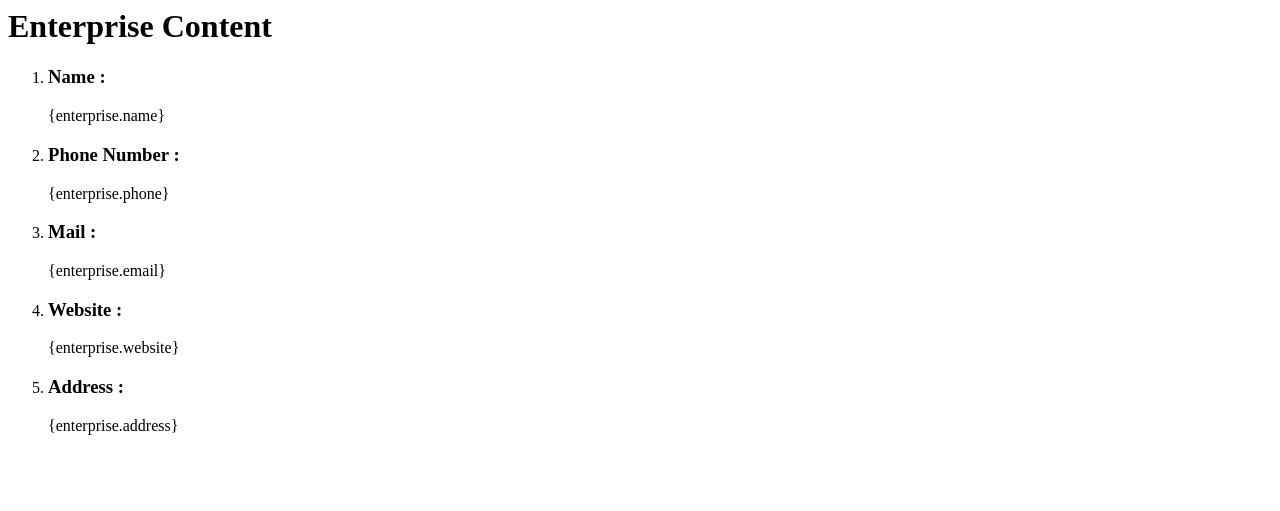
Repository: afif-dhaw/extension-builder
Page: extensions/formation/Resources/Private/Templates/Content/Enterprise.html
These files come from the project's save history. The page is drawn as it stood at one moment and after the next save; the edit follows.
The browser window is 1280 px wide. The pictures show the whole page.

Above is the page before, as saved 2023-03-27 14:31:43.

### extensions/formation/Resources/Private/Templates/Content/Enterprise.html
<html data-namespace-typo3-fluid="true" xmlns:f="http://typo3.org/ns/TYPO3Fluid/Fluid/ViewHelpers"
  xmlns:v="http://typo3.org/ns/FluidTYPO3/Vhs/ViewHelpers" xmlns:flux="http://typo3.org/ns/FluidTYPO3/Flux/ViewHelpers"
  xmlns:p="Filter\Filter\ViewHelpers">

<f:layout name="Default" />

<f:section name="Configuration">
  <flux:form id="enterprise" label="Enterprise Content" description="Enterprise Content">

  </flux:form>
</f:section>

<f:section name="Preview">
  <h1>Enterprise Content</h1>
</f:section>

<f:section name="Main">

  <f:variable name="enterprise" value="{p:enterprise(enterpriseId: enterpriseId)}"></f:variable>
  <div class="container-vhs">
    <f:if condition="{enterprise}">
      <ol>
        <li class="list-item-vhs">
          <h3>Name : </h3>{enterprise.name}
        </li>
        <li class="list-item-vhs">
          <h3>Phone Number : </h3>{enterprise.phone}
        </li>
        <li class="list-item-vhs">
          <h3>Mail : </h3>{enterprise.email}
        </li>
        <li class="list-item-vhs">
          <h3>Website : </h3>{enterprise.website}
        </li>
        <li class="list-item-vhs">
          <h3>Address : </h3>{enterprise.address}
        </li>
      </ol>
    </f:if>
  </div>
</f:section>

</html>

After the next save:
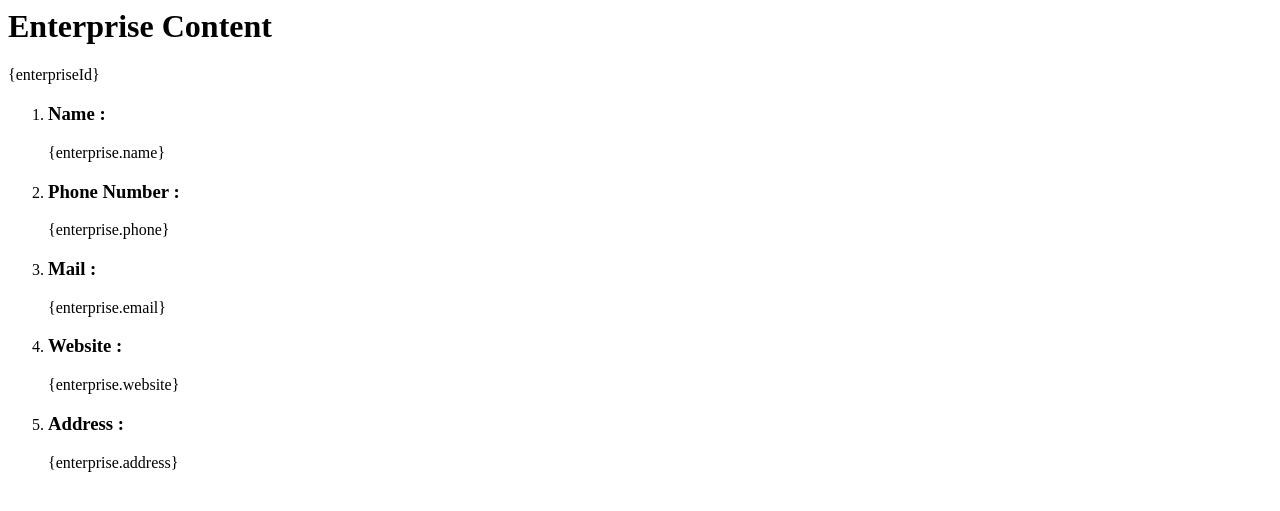
Saved 25 min 8 s later.
--- a/extensions/formation/Resources/Private/Templates/Content/Enterprise.html
+++ b/extensions/formation/Resources/Private/Templates/Content/Enterprise.html
@@ -15,7 +15,7 @@
 </f:section>
 
 <f:section name="Main">
-
+  {enterpriseId}
   <f:variable name="enterprise" value="{p:enterprise(enterpriseId: enterpriseId)}"></f:variable>
   <div class="container-vhs">
     <f:if condition="{enterprise}">
